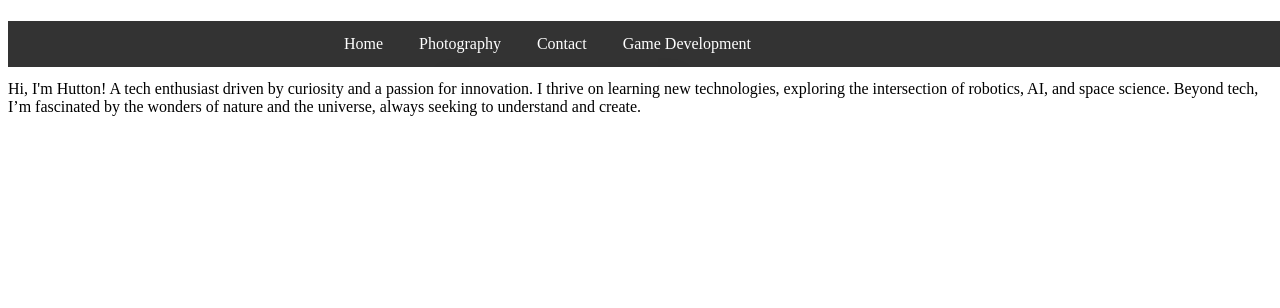
Repository: Argivist/ArgPortfolio
Page: index.html
The author's editor kept a copy of each file at every save. The page is drawn from the files as they stood at one save, then again after the next save.
The browser window is 1280 px wide. The pictures show the whole page.
The pointer rests on the first visible `.dropdown`.

Above is the page before, as saved 2025-03-28 14:54:35.

### index.html
<!DOCTYPE html>
<html lang="en">

<head>
    <meta charset="UTF-8">
    <meta name="viewport" content="width=device-width, initial-scale=1.0">
    <link rel="stylesheet" href="css/styles.css">
    <link rel="stylesheet" href="css/nav.css">

    <title>Hutton Amison-Addy</title>
</head>

<body>
    <nav>
        <ul>
            <li class="nav-content"><a href="index.html">Home</a></li>
            <li class="nav-content"><a href="https://www.instagram.com/theworldinoneseye/">Photography</a></li>

            <li class="dropdown nav-content">
                <a href="contact.html">Contact</a>
                <ul class="dropdown-content">
                    <li><a href="https://www.linkedin.com/in/hutton-amison-addy-7b1b3b1b1/">LinkedIn</a></li>
                    <li><a href="https://www.github.com/Argivist">GitHub</a></li>
                    <li><a href="mailto:hutton.amison@ashesi.edu.gh">hutton.amison@ashesi.edu.gh</a></li>
                    <li><a href="mailto:huttonaaddy.public@gmail.com">huttonaaddy.public@gmail.com</a></li>
                </ul>
            </li>

            <li class="dropdown nav-content">
                <a href="#">Game Development</a>
                <ul class="dropdown-content">
                    <li><a href="game/index.html">Game Development Projects</a></li>
                    <li><a href="blender/index.html">Blender</a></li>
                </ul>
            </li>
        </ul>
    </nav>

    <div>
        <h1>This is me!</h1>
        <p class="desc">
            Hi, I'm Hutton! A tech enthusiast driven by curiosity and a passion for innovation. I thrive on learning new technologies, exploring the intersection of robotics, AI, and space science. Beyond tech, I’m fascinated by the wonders of nature and the universe, always seeking to understand and create.
        </p>
    </div>

</body>

</html>

### css/nav.css
/* NAV Content and Dropdown */
.nav-content{
    position: relative;
    display: inline-block;
}
.dropdown:hover .dropdown-content{
    display: block;
}
.dropdown-content{
    display: none;
    position: absolute;
    background-color: #f9f9f9;
    min-width: 160px;
    box-shadow: 0px 8px 16px 0px rgba(0,0,0,0.2);
    z-index: 1;
}

/* Nav Stlisation */


nav{
    background-color: #333;
    /* overflow: hidden; */
    position: fixed;
    width: 100vw;
    z-index: 100;
}
nav ul{
    list-style-type: none;
    margin: 0;
    padding: 0;
    overflow: hidden;
    margin-left: 50%;
    transform: translateX(-50%);
}
nav ul li{
    float:none;
    display: inline;
    margin: 0;
}


nav ul li a{
    display: block;
    color: white;
    text-align: center;
    padding: 14px 16px;
    text-decoration: none;
}
nav ul li a:hover{
    background-color: #111;
}

Loaded but not shown: css/styles.css (no stored copy; drawn as an empty file)

After the next save:
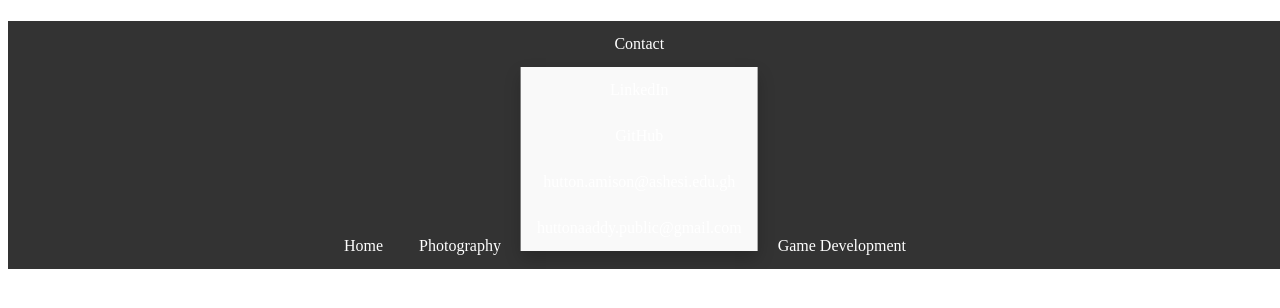
Saved 53 s later.
--- a/css/nav.css
+++ b/css/nav.css
@@ -5,6 +5,8 @@
 }
 .dropdown:hover .dropdown-content{
     display: block;
+    position: relative;
+    display: inline-block;
 }
 .dropdown-content{
     display: none;
